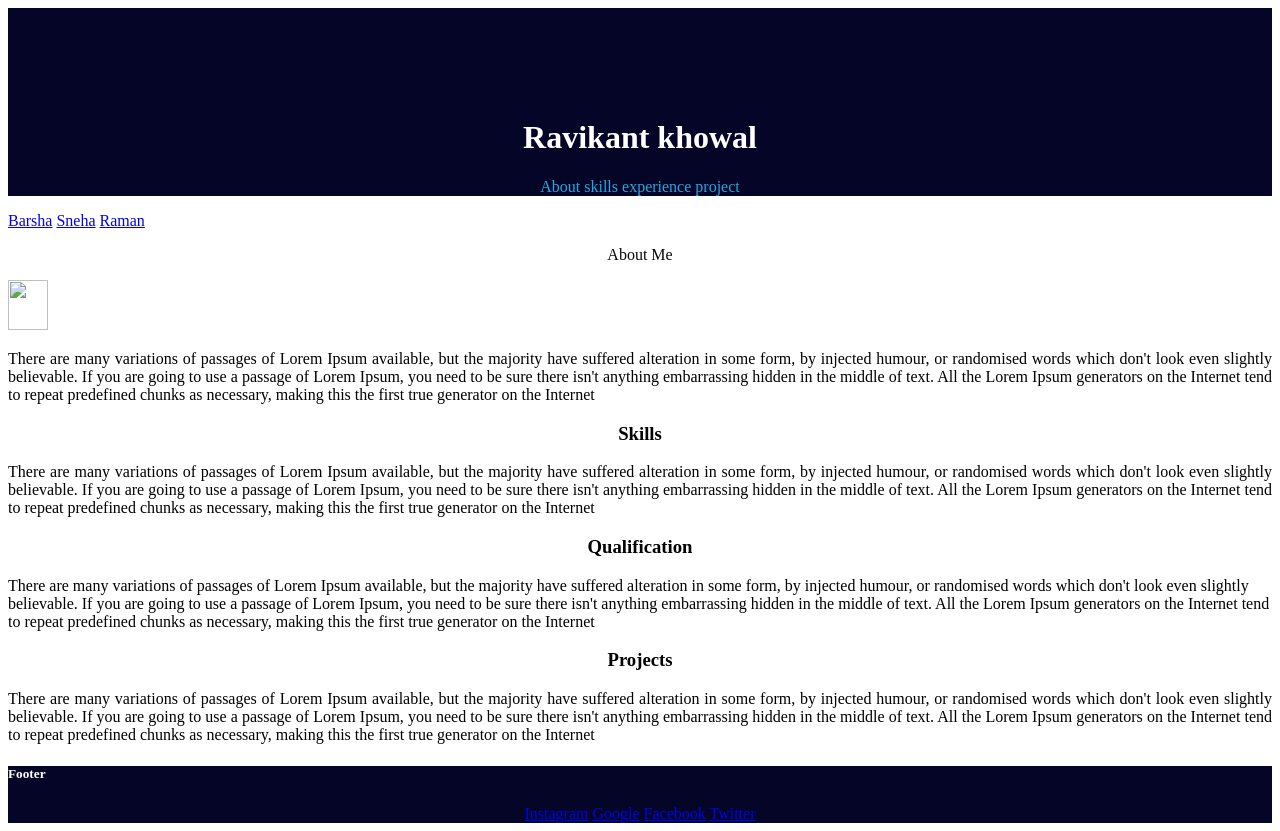
Repository: nir-github01/Html
Page: assign1.html
An editor plug-in stored every save of this project. The page is shown before and after the next save, followed by the edit.
The browser window is 1280 px wide. The pictures show the whole page.

Above is the page before, as saved 2022-09-19 20:15:07.

After the next save:
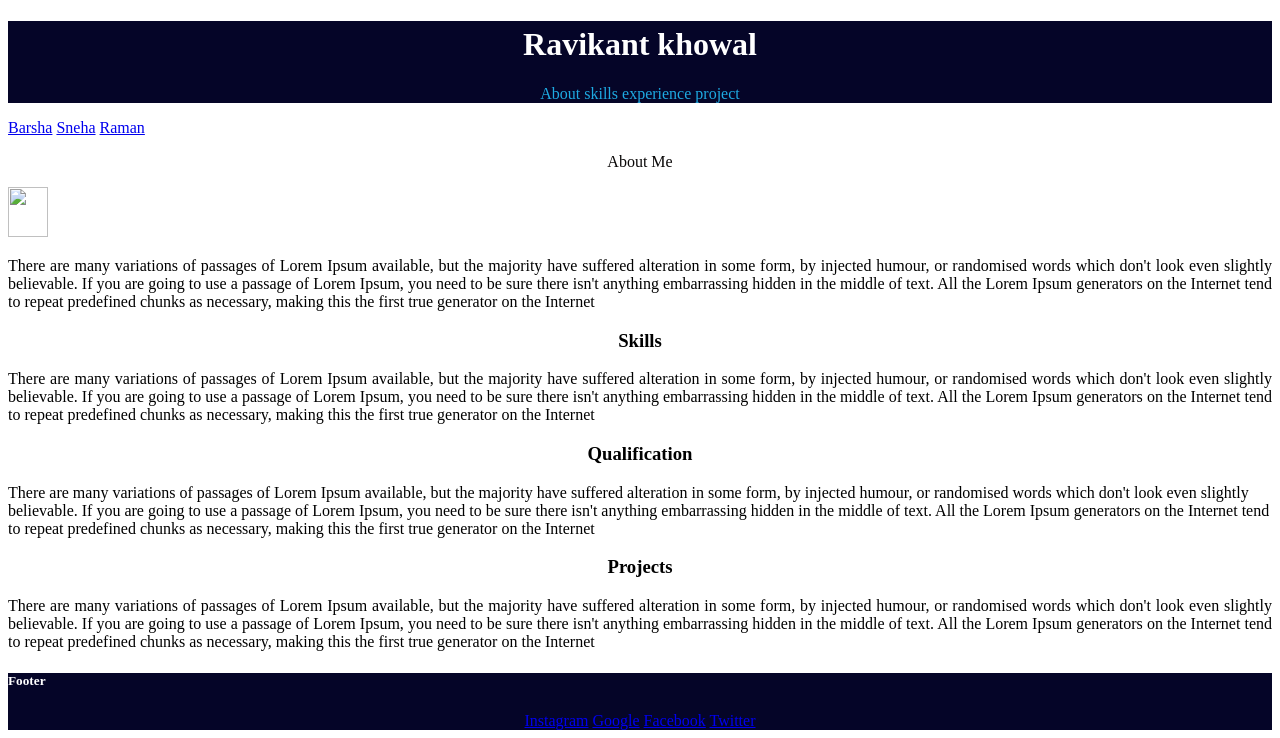
Saved 28 s later.
--- a/assign1.html
+++ b/assign1.html
@@ -12,7 +12,7 @@
             margin: auto;
             color: white;
             text-align: center;
-            padding-top:5rem ;
+
             justify-content: center;
         }
         .nav{
@@ -47,7 +47,7 @@
 <body>
     <head>
         <div class="heading">
-            <h1 style="padding-top: 10px;">Ravikant khowal</h1>
+            <h1 style="padding-top: 5px;">Ravikant khowal</h1>
             <p style="color:rgb(30, 170, 226)">About skills experience project</p>
         </div>
 
